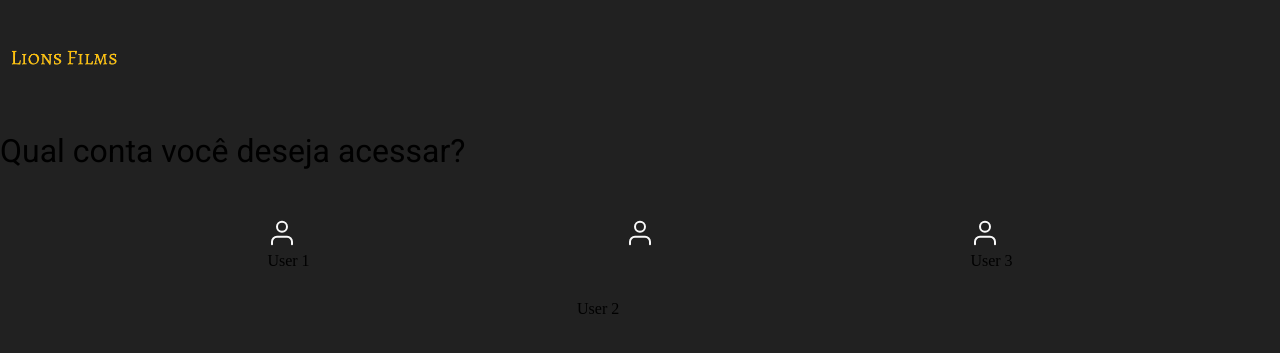
Repository: Leonngc/streaming-project
Page: index.html
These files come from the project's save history. The page is drawn as it stood at one moment and after the next save; the edit follows.
The browser window is 1280 px wide. The pictures show the whole page.
The style sheet was rebuilt from its Sass, Less or Tailwind sources for each picture, by a compiler version that may differ from the author's.

Above is the page before, as saved 2023-09-02 12:41:25.

### index.html
<!DOCTYPE html>
<html lang="pt">
<head>
    <meta charset="UTF-8">
    <meta name="viewport" content="width=device-width, initial-scale=1.0">
    <title>Tela de Login</title>
    <link rel="stylesheet" href="styles/style.css">
</head>
<body>
    <header>
        <img src="streaming-assets/logo.png" alt="" class="logo small-container">
    </header>
    <main>
        <h1 class="roboto f400 font-title">Qual conta você deseja acessar?</h1>
        <div class="user-container flex align-center justify-space-evenly">
            <div class="users">
                <div class="user-img"><a href=""><img src="streaming-assets/user.svg" alt=""></a></div>
                <span>User 1</span>
            </div>
            <div class="users">
                <div class="user-img p-3"><a href=""><img src="streaming-assets/user.svg" alt=""></a></div>
                <Span>User 2</Span>
            </div>
            <div class="users">
                <div class="user-img"><a href=""><img src="streaming-assets/user.svg" alt=""></a></div>
                <span>User 3</span>
            </div>
        </div>
    </main>
</body>
</html>

### styles/style.scss
@use "_core.scss";
@use "_layout.scss";

*{
    padding: 0;
    margin: 0;
    box-sizing: border-box;
}

body{
    background-color: core.$eerie-black;
}

### styles/_core.scss
//CDN Google Fonts
@import url('https://fonts.googleapis.com/css2?family=Roboto:ital,wght@0,100;0,300;0,400;0,500;0,700;0,900;1,100;1,300;1,400;1,500;1,700;1,900&display=swap');
// CORES

$yellow-amber: #ffc107;
$eerie-black: #212121;
$white: #fff;
$pigment-green: #4CAF50;
$giants-orange: #FF5722;

// Fonts
.roboto{ font-family: Roboto, 'sans-serif';}
.font-small{font-size:.8rem;}
.font-base{font-size: 1rem;}
.font-title{ font-size: 2rem;}

.f100{font-weight: 100;}
.f200{font-weight: 200;}
.f300{font-weight: 300;}
.f400{font-weight: 400;}
.f500{font-weight: 500;}
.bold{font-weight: bold;}
.lighter{font-weight: lighter;}
// Tamanhos
    // Widths
.small-container{width:10vw;}
.midle-container{width:50vw;}
.max-container{width:100vw;}

    // heights
.small-height{height:30vh;}
.midle-height{height:50vh;}
.max-height{height: 100vh;}

### styles/_layout.scss
//Flexbox

.flex {
  display: flex;
  align-items: center;
}

.justify-center{justify-content: center;}
.justify-space-around{justify-content: space-around;}
.justify-space-between{justify-content: space-between;}
.justify-space-evenly{justify-content: space-evenly;}
.justify-left{justify-content: left;}
.justify-right{justify-content: right;}
.align-center{align-items: center;}
.inline-flex {
  display: inline-flex;
}

.block {
  display: block;
}

.grid {
  display: grid;
}

.grid-two-columns {
  display: grid;
  grid-template-columns: 50% 50%;
}


//Margins

.m{margin: 2rem;}

.m-5{margin: 5rem;}

.m-6{margin: 6rem;}

.m-7{margin: 7rem;}

.m-8{margin: 8rem;}

.m-9{margin: 9rem;}

.m-10{margin: 10rem;}

.m-11{margin: 11rem;}

.m-12{margin: 12rem;}

.m-auto{margin: auto;}

.ml{margin-left: 1rem;}

.ml-2{margin-left: 2rem;}

.ml-3{margin-left: 3rem;}

.ml-4{margin-left: 4rem;}

.ml-5{margin-left: 5rem;}

.ml-6{margin-left:6rem;}

.ml-7{margin-left: 7rem;}

.ml-8{margin-left: 8rem;}

.ml-9{margin-left: 9rem;}

.ml-10{margin-left: 10rem;}

.ml-11{margin-left: 11rem;}

.ml-12{margin-left: 12rem;}

.mr{margin-right: 1rem;}

.mr-2{margin-right: 2rem;}

.mr-3{margin-right: 3rem;}

.mr-4{margin-right: 4rem;}

.mr-5{margin-right: 5rem;}

.mr-6{margin-right:6rem;}

.mr-7{margin-right: 7rem;}

.mr-8{margin-right: 8rem;}

.mr-9{margin-right: 9rem;}

.mr-10{margin-right: 10rem;}

.mr-11{margin-right: 11rem;}

.mr-12{margin-right: 12rem;}

.mt{margin-top: 1rem;}

.mt-2{margin-top: 2rem;}

.mt-3{margin-top: 3rem;}

.mt-4{margin-top: 4rem;}

.mt-5{margin-top: 5rem;}

.mt-6{margin-top:6rem;}

.mt-7{margin-top: 7rem;}

.mt-8{margin-top: 8rem;}

.mt-9{margin-top: 9rem;}

.mt-10{margin-top: 10rem;}

.mt-11{margin-top: 11rem;}

.mt-12{margin-top: 12rem;}

.mb{margin-bottom: 1rem;}

.mb-2{margin-bottom: 2rem;}

.mb-3{margin-bottom: 3rem;}

.mb-4{margin-bottom: 4rem;}

.mb-5{margin-bottom: 5rem;}

.mb-6{margin-bottom:6rem;}

.mb-7{margin-bottom: 7rem;}

.mb-8{margin-bottom: 8rem;}

.mb-9{margin-bottom: 9rem;}

.mb-10{margin-bottom: 10rem;}

.mb-11{margin-bottom: 11rem;}

.mb-12{margin-bottom: 12rem}

// Paddings

.p{padding: 1rem;}
.p-2{padding: 2rem;}
.p-3{padding: 3rem;}
.p-4{padding: 4rem;}
.p-5{padding: 5rem;}

.p-6{padding: 6rem;}

.p-7{padding: 7rem;}

.p-8{padding: 8rem;}

.p-9{padding: 9rem;}

.p-10{padding: 10rem;}

.p-11{padding: 11rem;}

.p-12{padding: 12rem;}

.p-auto{padding: auto;}

.pl{padding-left: 2rem;}

.pl-5{padding-left: 5rem;}

.pl-6{padding-left: 6rem;}

.pl-7{padding-left: 7rem;}

.pl-8{padding-left: 8rem;}

.pl-9{padding-left: 9rem;}

.pl-10{padding-left: 10rem;}

.pl-11{padding-left: 11rem;}

.pl-12{padding-left: 12rem;}


.pr{padding-right: 2rem;}

.pr-5{padding-right: 5rem;}

.pr-6{padding-right: 6rem;}

.pr-7{padding-right: 7rem;}

.pr-8{padding-right: 8rem;}

.pr-9{padding-right: 9rem;}

.pr-10{padding-right: 10rem;}

.pr-11{padding-right: 11rem;}

.pr-12{padding-right: 12rem;}

.pt{padding-top: 2rem;}

.pt-5{padding-top: 5rem;}

.pt-6{padding-top: 6rem;}

.pt-7{padding-top: 7rem;}

.pt-8{padding-top: 8rem;}

.t-9{padding-top: 9rem;}

.pt-10{padding-top: 10rem;}

.pt-11{padding-top: 11rem;}

.pt-12{padding-top: 12rem;}


.pb{padding-bottom: 2rem;}

.pb-5{padding-bottom: 5rem;}

.pb-6{padding-bottom: 6rem;}

.pb-7{padding-bottom: 7rem;}

.pb-8{padding-bottom: 8rem;}

.pb-9{padding-bottom: 9rem;}

.pb-10{padding-bottom: 10rem;}

.pb-11{padding-bottom: 11rem;}

.pb-12{padding-bottom: 12rem;}

After the next save:
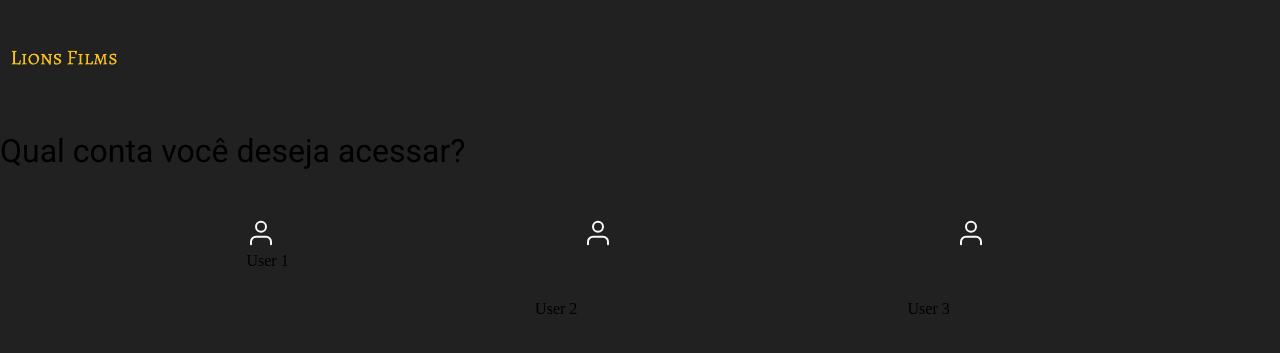
Saved 4 s later.
--- a/index.html
+++ b/index.html
@@ -22,7 +22,7 @@
                 <Span>User 2</Span>
             </div>
             <div class="users">
-                <div class="user-img"><a href=""><img src="streaming-assets/user.svg" alt=""></a></div>
+                <div class="user-img p-3"><a href=""><img src="streaming-assets/user.svg" alt=""></a></div>
                 <span>User 3</span>
             </div>
         </div>
